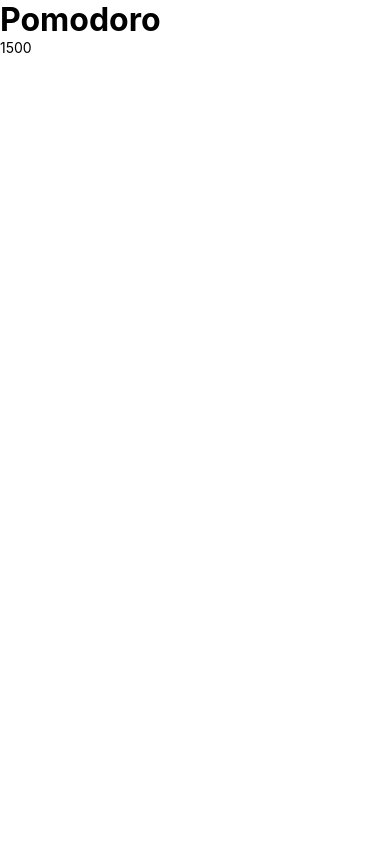
Repository: rchavarria77/pomodoro-app
Screen: /
An editor plug-in stored every save of this project. The screen is shown before and after the next save, followed by the edit.
The app was drawn by React Native's web renderer in a window 390 px wide. The project was rebuilt for these pictures with package versions that can differ from the ones it lists, and the page was loaded fresh each time.

Above is the screen before, as saved 2024-02-01 00:41:57.

After the next save:
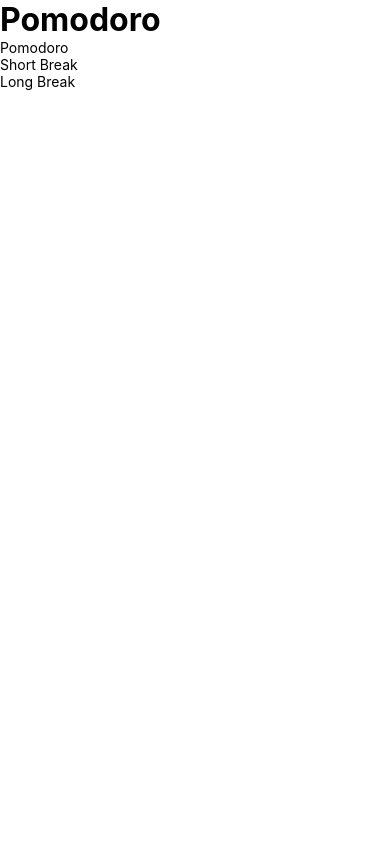
Saved 72 s later.
--- a/src/components/Header.jsx
+++ b/src/components/Header.jsx
@@ -1,11 +1,15 @@
-import { Text, View } from 'react-native';
+import { Text, TouchableOpacity, View } from 'react-native';
 
 const options = ['Pomodoro', 'Short Break', 'Long Break'];
 
 export const Header = ({ time }) => {
   return (
     <View>
-      <Text>{time}</Text>
+      {options.map((option, i) => (
+        <TouchableOpacity key={i}>
+          <Text>{option}</Text>
+        </TouchableOpacity>
+      ))}
     </View>
   );
 };
